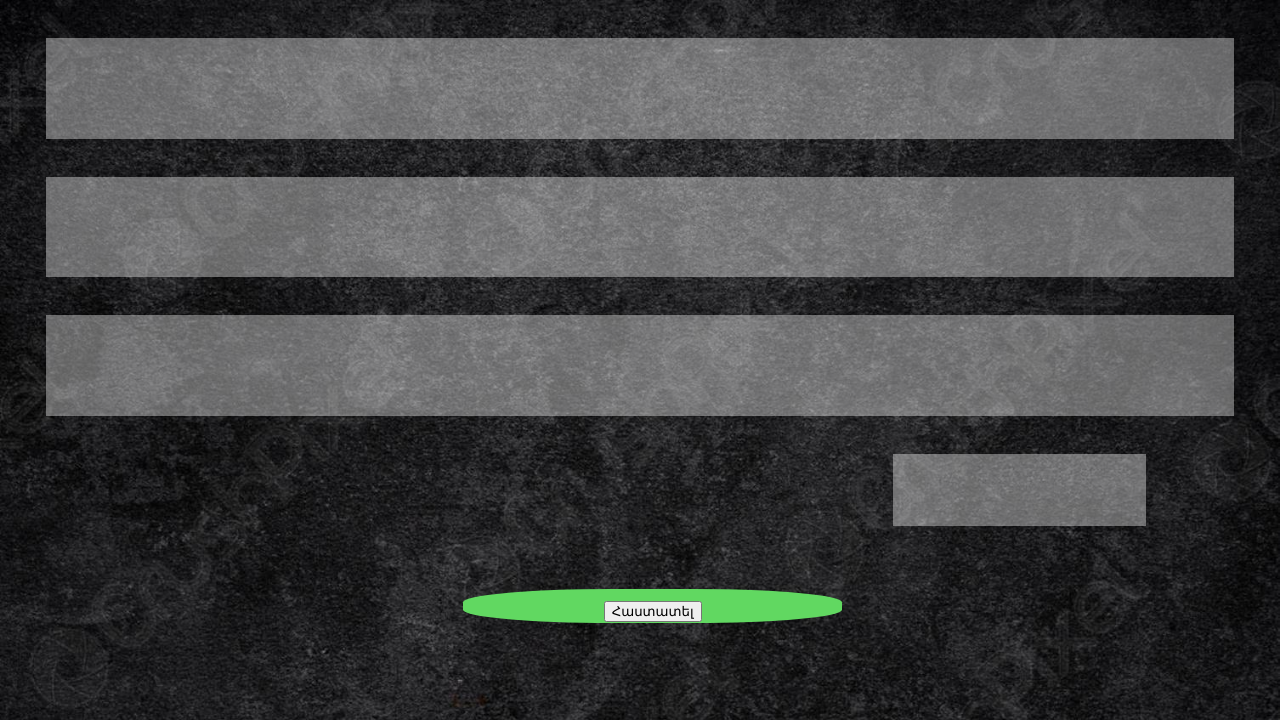
Repository: NarekTovmasyan/PizzaManue
Page: public/basket.html
An editor plug-in stored every save of this project. The page is shown before and after the next save, followed by the edit.
The browser window is 1280 px wide. The pictures show the whole page.

Above is the page before, as saved 2022-01-20 13:49:53.

### public/basket.html
<!DOCTYPE html>
<html lang="en">
<head>
    <meta charset="UTF-8">
    <meta http-equiv="X-UA-Compatible" content="IE=edge">
    <meta name="viewport" content="width=device-width, initial-scale=1.0">
    <link rel="stylesheet" href="basket.css">
    <title>BASKET</title>

</head>
<body>
    <div class= "main">
        <div class ="prop">
            <div></div>
            <div></div>
            <div></div>
            <div></div>
            <div></div>
            <div></div>
         </div>
        <div class ="prop">
            <div></div>
            <div></div>
            <div></div>
            <div></div>
            <div></div>
            <div></div>
        </div>
        <div class ="prop">
            <div></div>
            <div></div>
            <div></div>
            <div></div>
            <div></div>
            <div></div>
        </div>
        <div class ="sum"></div>
        <div class = "confirm"><button class = "button">Հաստատել</button></div>
    </div>
</body>
</html>

### public/basket.css
body {
    background-image: url(./images/background.jpg);
    background-repeat: no-repeat;
    background-size: cover;
  }
 .main{
      width: 100%;
      height: 80vh;
}
.prop{
  background-color: rgba(255, 255, 255, 0.377) ;
  color: grey;
  width: 94%;
  height: 14vh;
  margin-top: 3%;
  margin-left: 3%;
}
.sum{
    background-color: rgba(255, 255, 255, 0.377) ;
    width: 20%;
    height: 10vh;
    margin-top: 3%;
    margin-left: 70%;
}

.confirm{
    background-color:rgb(97, 216, 97);
    border-radius: 39%;
    width: 30%;
    text-align:center;
    font-size: 30px;
    font-weight: 700;
    margin-left:36%;
    margin-top: 5%;
    color:white;
    cursor: pointer;
}
.button:hover {
    background-color: rgb(216, 250, 216);
    color: black
  }

After the next save:
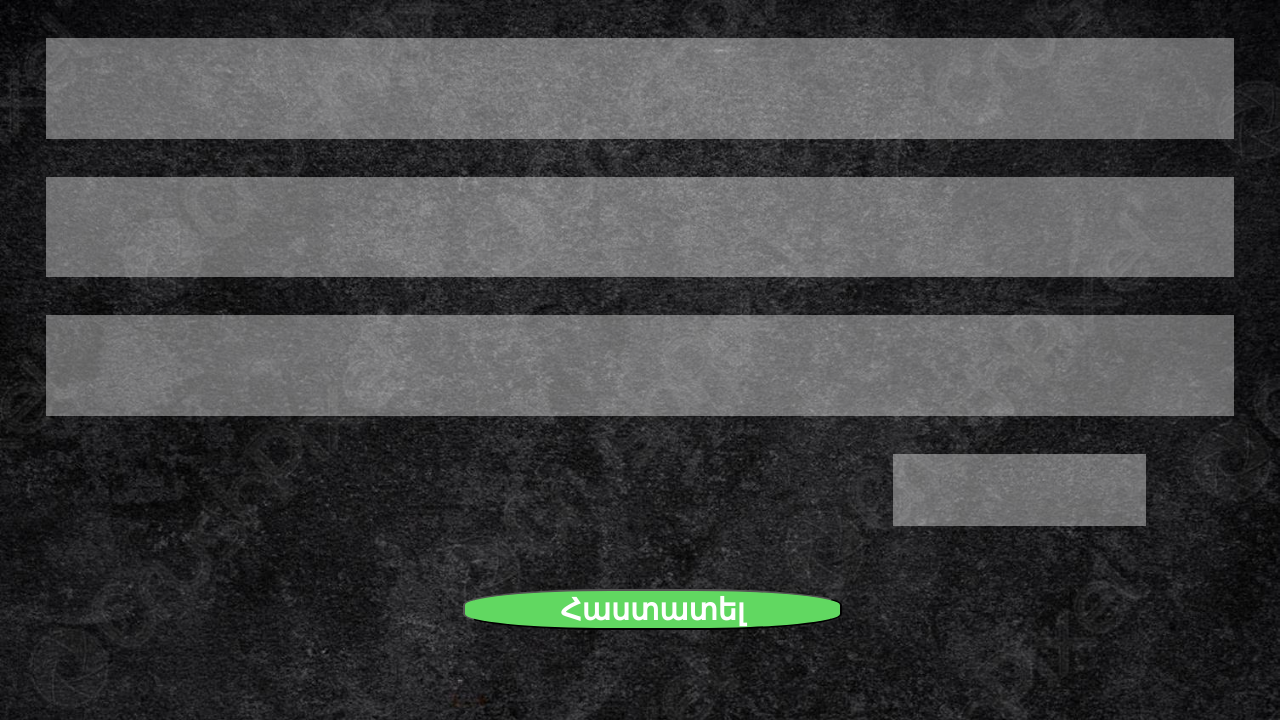
Saved 27 s later.
--- a/public/basket.html
+++ b/public/basket.html
@@ -35,7 +35,7 @@
             <div></div>
         </div>
         <div class ="sum"></div>
-        <div class = "confirm"><button class = "button">Հաստատել</button></div>
+         <button class = "confirm">Հաստատել</button>
     </div>
 </body>
 </html>
